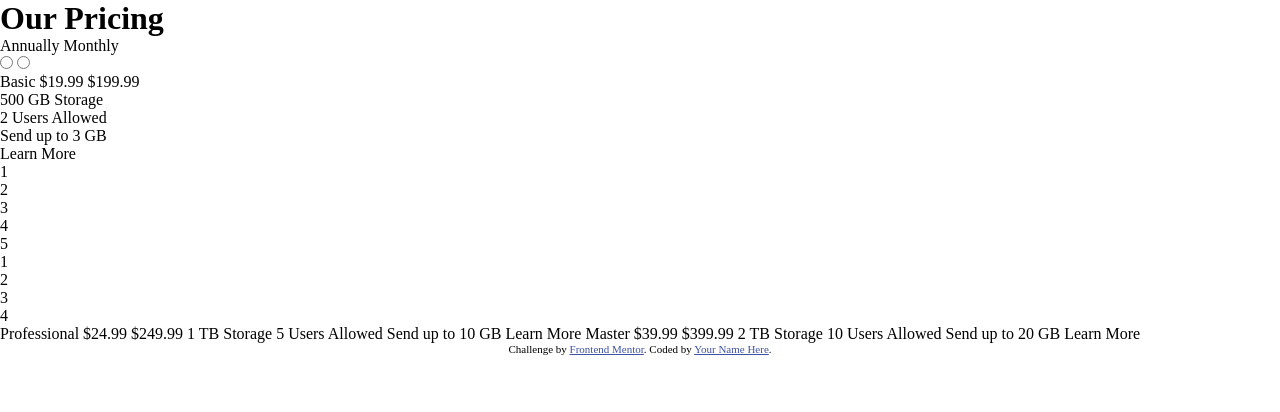
Repository: JuzzJoel/pricing-component-with-toggle-master
Page: index.html
An editor plug-in stored every save of this project. The page is shown before and after a run of saves, followed by the edit.
The browser window is 1280 px wide. The pictures show the whole page.

Above is the page before, as saved 2025-05-24 07:50:01.

### index.html
<!DOCTYPE html>
<html lang="en">
<head>
  <meta charset="UTF-8">
  <meta name="viewport" content="width=device-width, initial-scale=1.0"> <!-- displays site properly based on user's device -->

  <link rel="icon" type="image/png" sizes="32x32" href="./images/favicon-32x32.png">

  <title>Frontend Mentor | [pricing-component-with-toggle-master]</title>
  <style>
    :root{

--linear-gradient: hsl(236, 72%, 79%) to hsl(237, 63%, 64%);

--clr-pri: hsl(240, 78%, 98%);
--clr-pri-acc: hsl(234, 14%, 74%);
--clr-sec: hsl(233, 13%, 49%);
--clr-sec-acc: hsl(232, 13%, 33%);
    }
*,
*::before,
*::after {
    box-sizing: border-box;
}

* {
    margin: 0;
    padding: 0;
    box-sizing: border-box;
}

    .attribution { font-size: 11px; text-align: center; }
    .attribution a { color: hsl(228, 45%, 44%); }


  </style>
</head>
<body>



  <div class="container">
    <div class="pricing-header">
      <h1>Our Pricing</h1>
      <div class="toggle-box">
        Annually
        Monthly
        <div class="toggle-container">

          <input type="radio" class="pricing" id="price-annnual">
          <label for=""></label>

          <input type="radio" class="pricing" id="price-month">
          <label for=""></label>

          <div class="toggle-slider"></div>
        </div>
      </div>
      <div class="body">
        <div class="content">
          <div class="card">
            <div class="rows-head">Basic
            &dollar;19.99
            &dollar;199.99
          </div>
            <div class="rows">500 GB Storage</div>
            <div class="rows">2 Users Allowed</div>
            <div class="rows">Send up to 3 GB</div>
            <div class="rows">Learn More</div>
          </div>
          <div class="card">
            <div class="rows-head">1</div>
            <div class="rows">2</div>
            <div class="rows">3</div>
            <div class="rows">4</div>
            <div class="rows">5</div>
          </div>
          <div class="card">
            <div class="rowshead">1</div>
            <div class="rows">2</div>
            <div class="rows">3</div>
            <div class="rows">4</div>
            <div class="rows"></div>
          </div>
        </div>
      </div>
    </div>
  </div>










  Professional
  &dollar;24.99
  &dollar;249.99
  1 TB Storage
  5 Users Allowed
  Send up to 10 GB
  Learn More

  Master
  &dollar;39.99
  &dollar;399.99
  2 TB Storage
  10 Users Allowed
  Send up to 20 GB
  Learn More

  <div class="attribution">
    Challenge by <a href="https://www.frontendmentor.io?ref=challenge" target="_blank">Frontend Mentor</a>.
    Coded by <a href="#">Your Name Here</a>.
  </div>
</body>
</html>

After the next 2 saves:
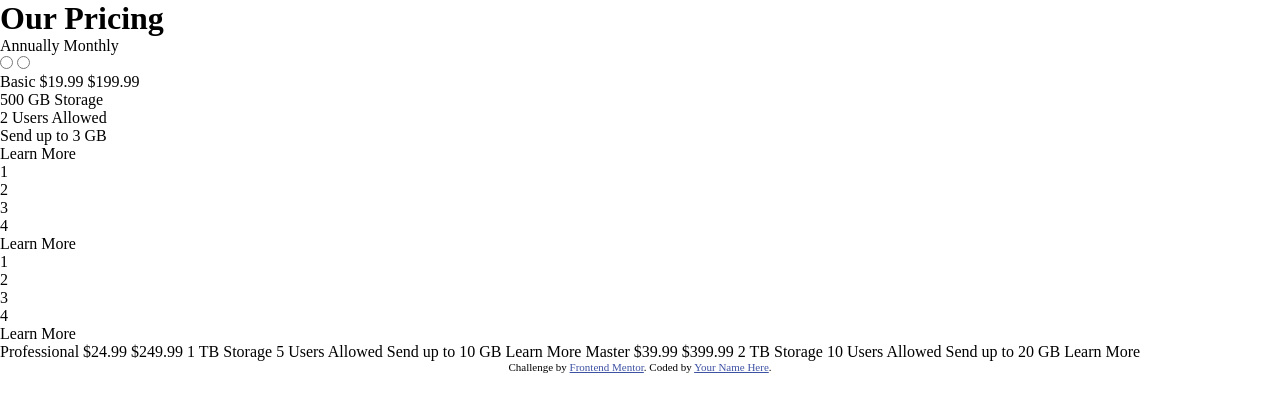
The 2 saves are shown as one change because they came seconds apart.
The last was saved 4 s later.
--- a/index.html
+++ b/index.html
@@ -73,14 +73,14 @@
             <div class="rows">2</div>
             <div class="rows">3</div>
             <div class="rows">4</div>
-            <div class="rows">5</div>
+            <div class="rows">Learn More</div>
           </div>
           <div class="card">
             <div class="rowshead">1</div>
             <div class="rows">2</div>
             <div class="rows">3</div>
             <div class="rows">4</div>
-            <div class="rows"></div>
+            <div class="rows">Learn More</div>
           </div>
         </div>
       </div>
